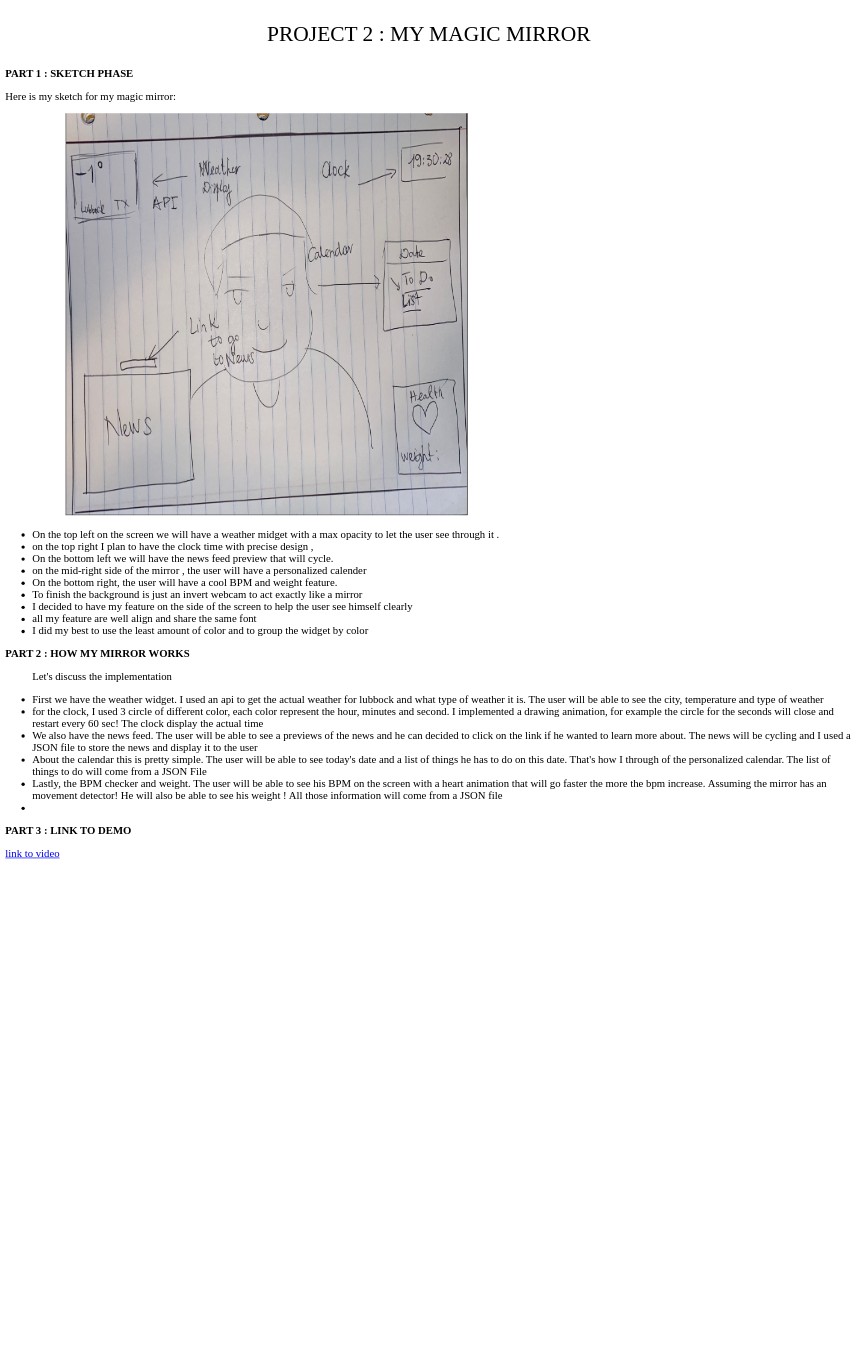
Repository: Chrisrk99/Chrisrk99.github-io
Page: index.html
An editor plug-in stored every save of this project. The page is shown before and after the next save, followed by the edit.
The browser window is 1280 px wide. The pictures show the whole page, at 67% of full size.

Above is the page before, as saved 2022-11-15 21:45:49.

After the next save:
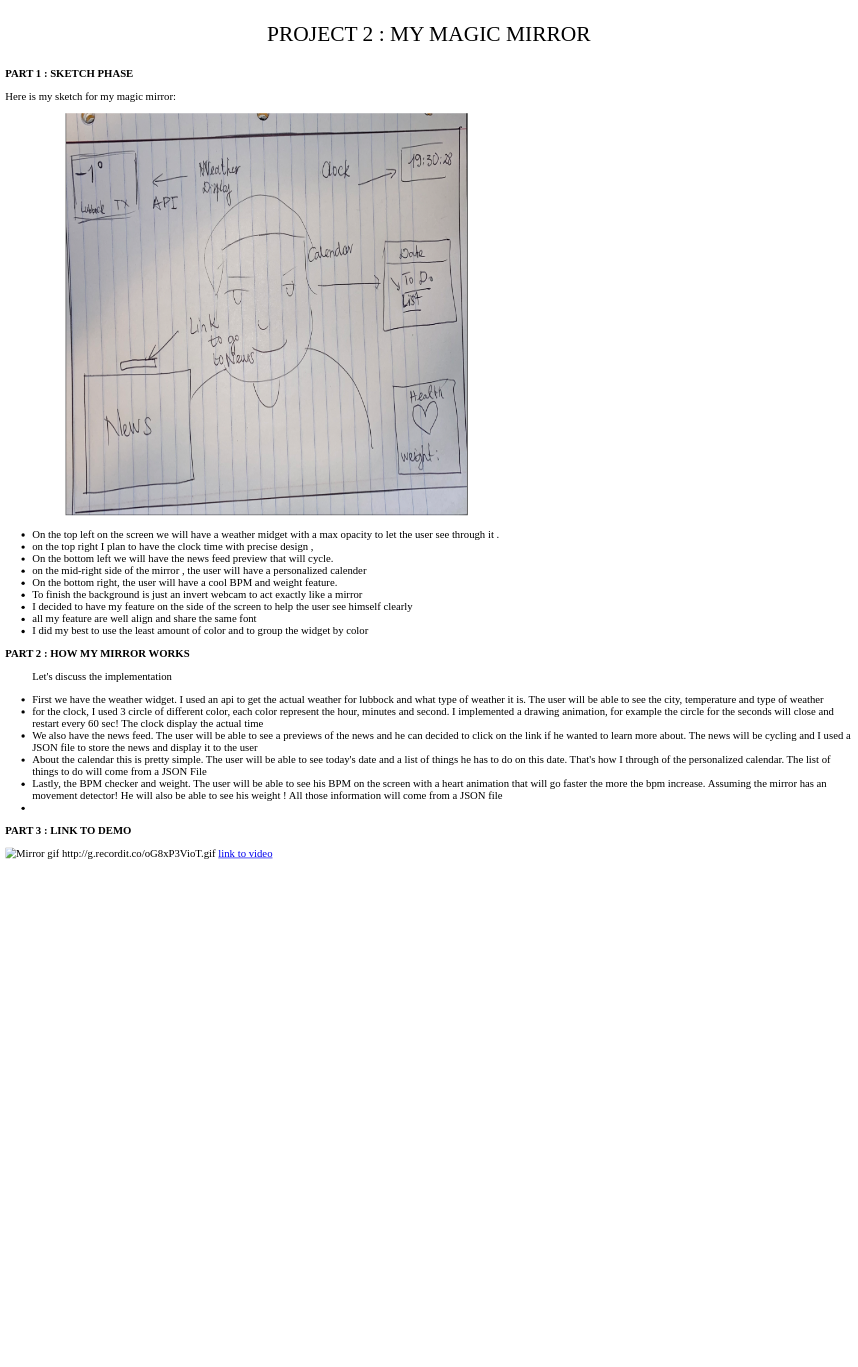
Not found: ”http://g.recordit.co/oG8xP3VioT.gif”
Saved 5 min 28 s later.
--- a/index.html
+++ b/index.html
@@ -44,6 +44,9 @@
 
  <p><b> PART 3 : LINK TO DEMO </b></p>
 
+ <image src=”http://g.recordit.co/oG8xP3VioT.gif” alt="Mirror gif">
+
+ http://g.recordit.co/oG8xP3VioT.gif
  <a href="https://youtu.be/R79XTKayW5Q" target="_blank">link to video</a>
 
 
